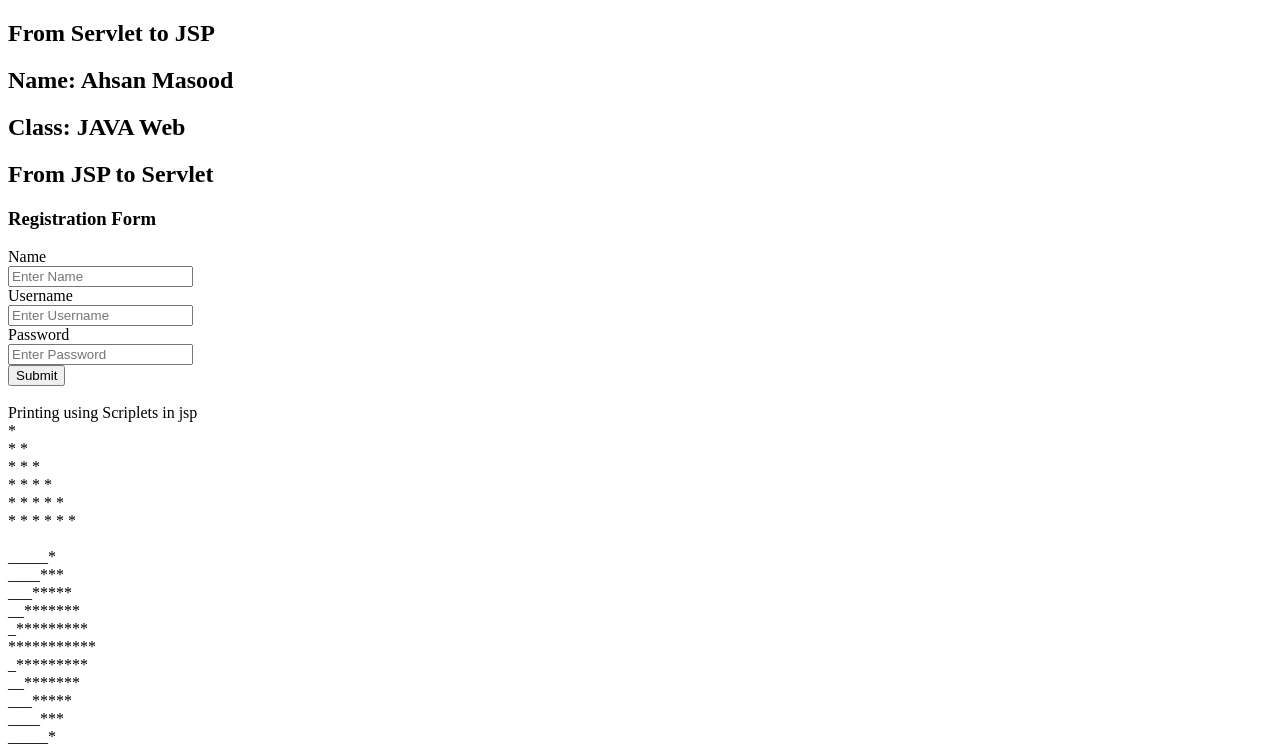
Repository: Ahsan-Masood98/Java-Web-Eng
Page: http://localhost/week2lab/helloworld
An editor plug-in stored every save of this project. The page is shown before and after the next save, followed by the edit.
The browser window is 1280 px wide. The pictures show the whole page.
The page is served by Tomcat 9.

Above is the page before, as saved 2022-09-21 13:37:07.

After the next save:
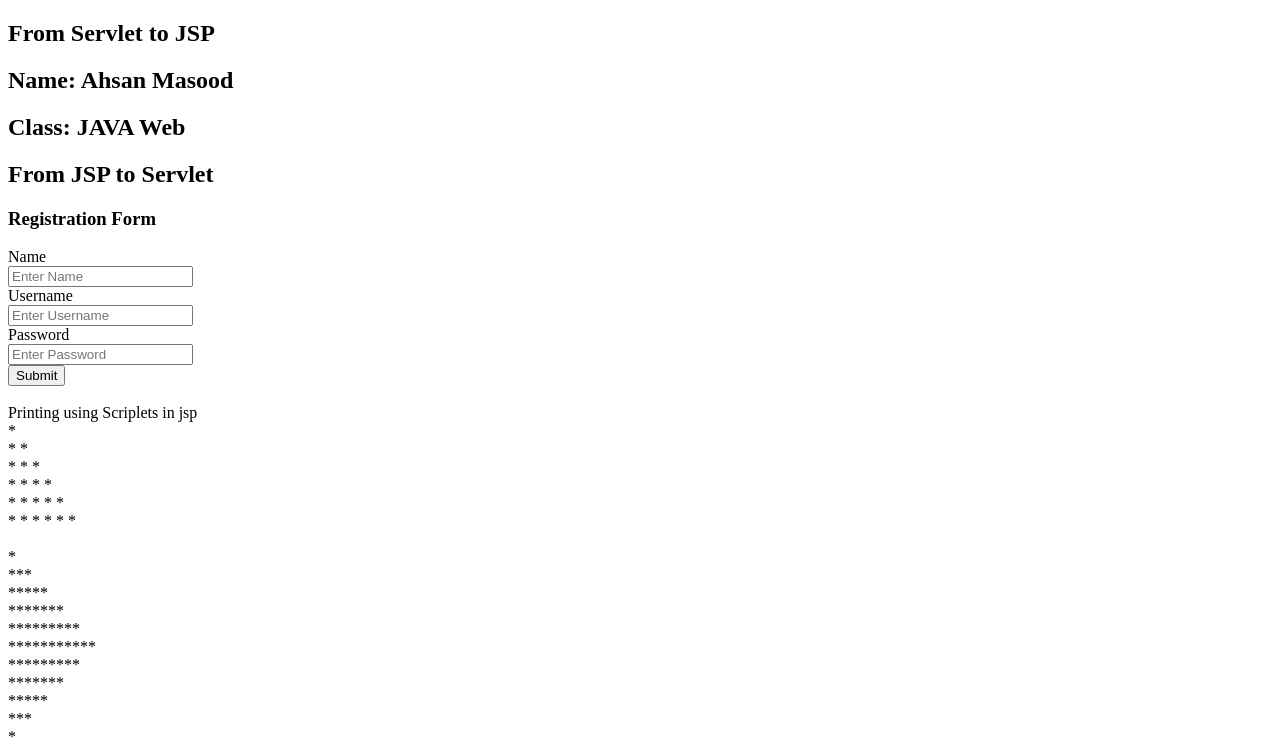
Saved 15 s later.
--- a/eclipse-workplace/week2lab/src/main/webapp/index.jsp
+++ b/eclipse-workplace/week2lab/src/main/webapp/index.jsp
@@ -35,7 +35,7 @@
 	<%
 	for (int i = 1; i <= 6; i++) {
         for (int j = 1; j <= 6 - i; j++) {
-            out.print("_");
+            out.print(" ");
         }
         for (int j = 1; j <= i * 2 - 1; j++) {
             out.print("*");
@@ -45,7 +45,7 @@
 
     for (int i = 6 - 1; i > 0; i--) {
         for (int j = 1; j <= 6 - i; j++) {
-            out.print("_");
+            out.print(" ");
         }
         for (int j = 1; j <= i * 2 - 1; j++) {
         	out.print("*");

After the save that followed:
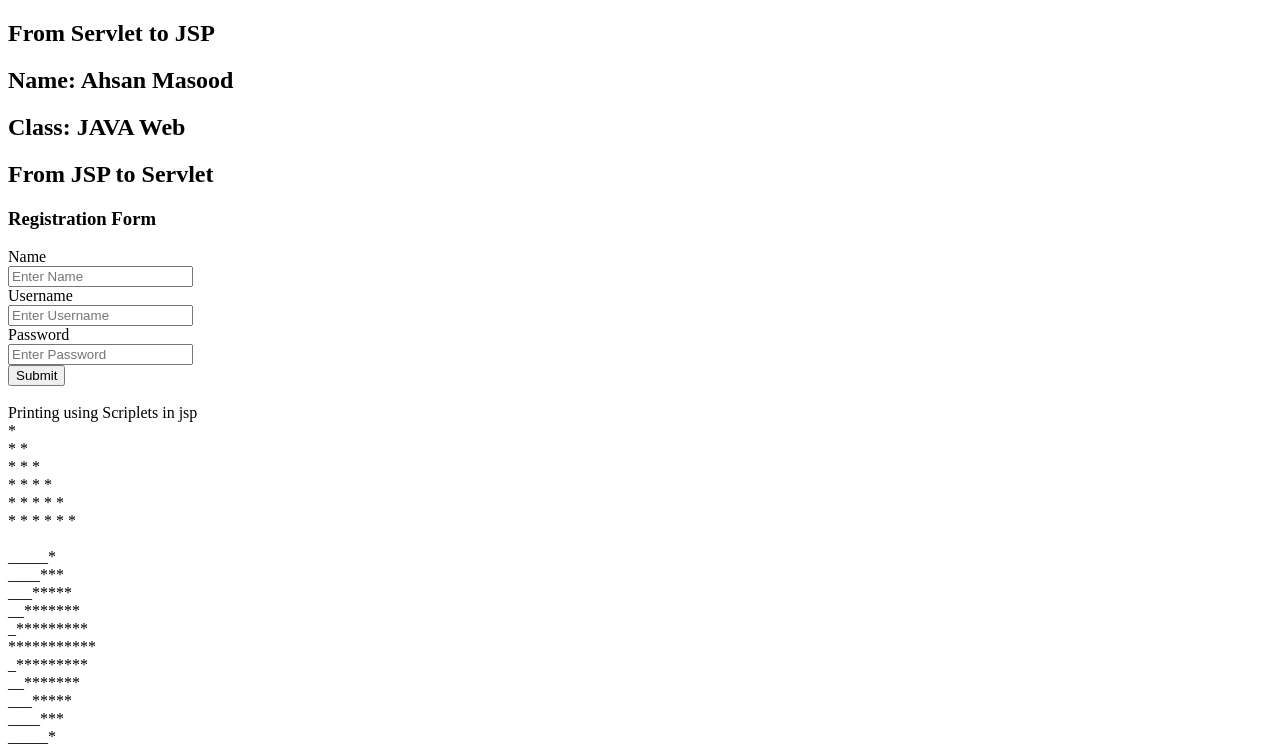
Saved 19 s later.
--- a/eclipse-workplace/week2lab/src/main/webapp/index.jsp
+++ b/eclipse-workplace/week2lab/src/main/webapp/index.jsp
@@ -35,7 +35,7 @@
 	<%
 	for (int i = 1; i <= 6; i++) {
         for (int j = 1; j <= 6 - i; j++) {
-            out.print(" ");
+            out.print("_");
         }
         for (int j = 1; j <= i * 2 - 1; j++) {
             out.print("*");
@@ -45,7 +45,7 @@
 
     for (int i = 6 - 1; i > 0; i--) {
         for (int j = 1; j <= 6 - i; j++) {
-            out.print(" ");
+            out.print("_");
         }
         for (int j = 1; j <= i * 2 - 1; j++) {
         	out.print("*");
